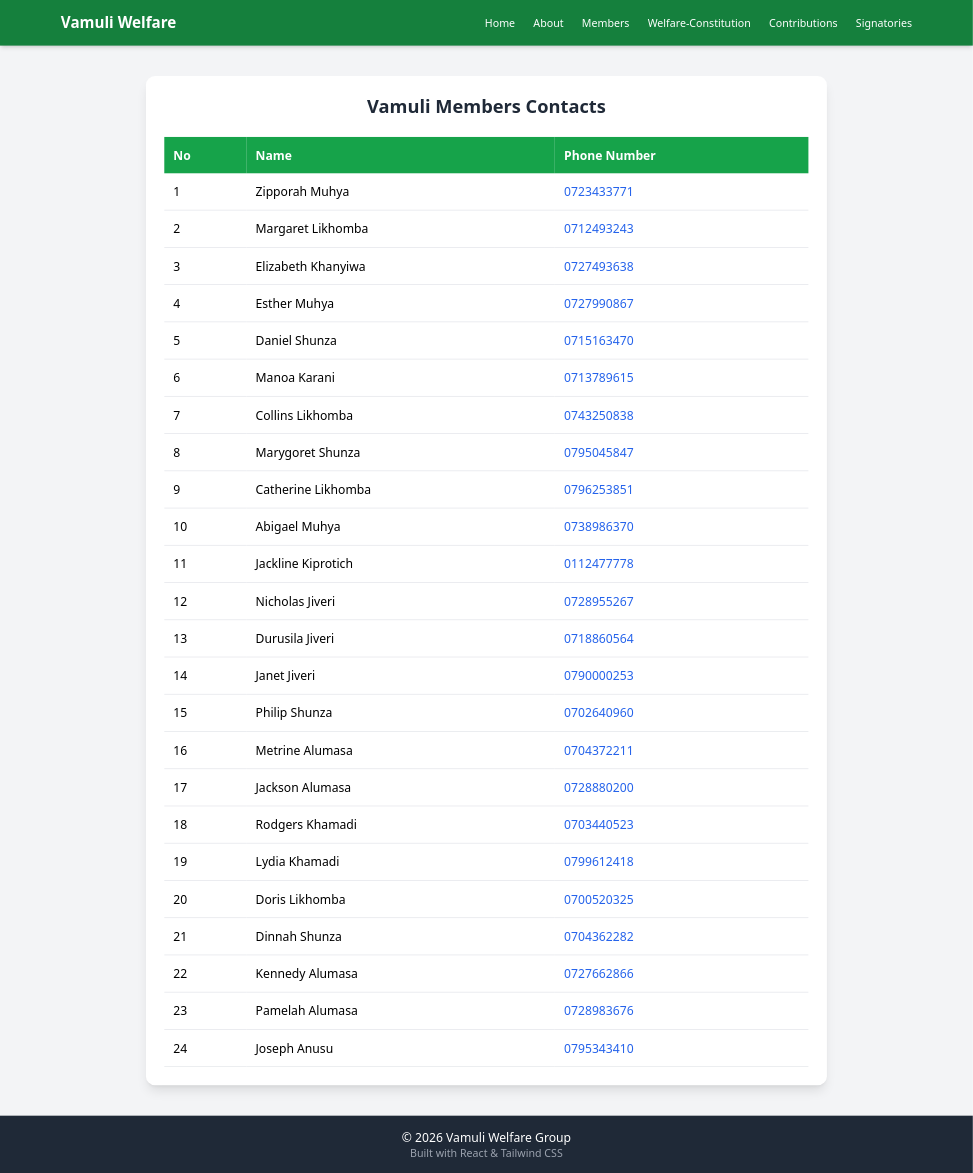
Repository: Engineer-collo/Vamuli-welfare
Page: /members
An editor plug-in stored every save of this project. The page is shown before and after a run of saves, followed by the edit.
The browser window is 1280 px wide. The pictures show the whole page, at 76% of full size.
The project was rebuilt for these pictures with package versions that can differ from the ones it lists, and the page was loaded fresh each time. Also part of the build but not shown: vite.config.js, src/pages/contributionsData.js, src/pages/Home.jsx, src/pages/ContributionsTable.jsx, src/pages/WelfareConstituion.jsx, src/pages/About.jsx, src/pages/Signatories.jsx.

Above is the page before, as saved 2026-04-02 15:24:38.

After the next 2 saves:
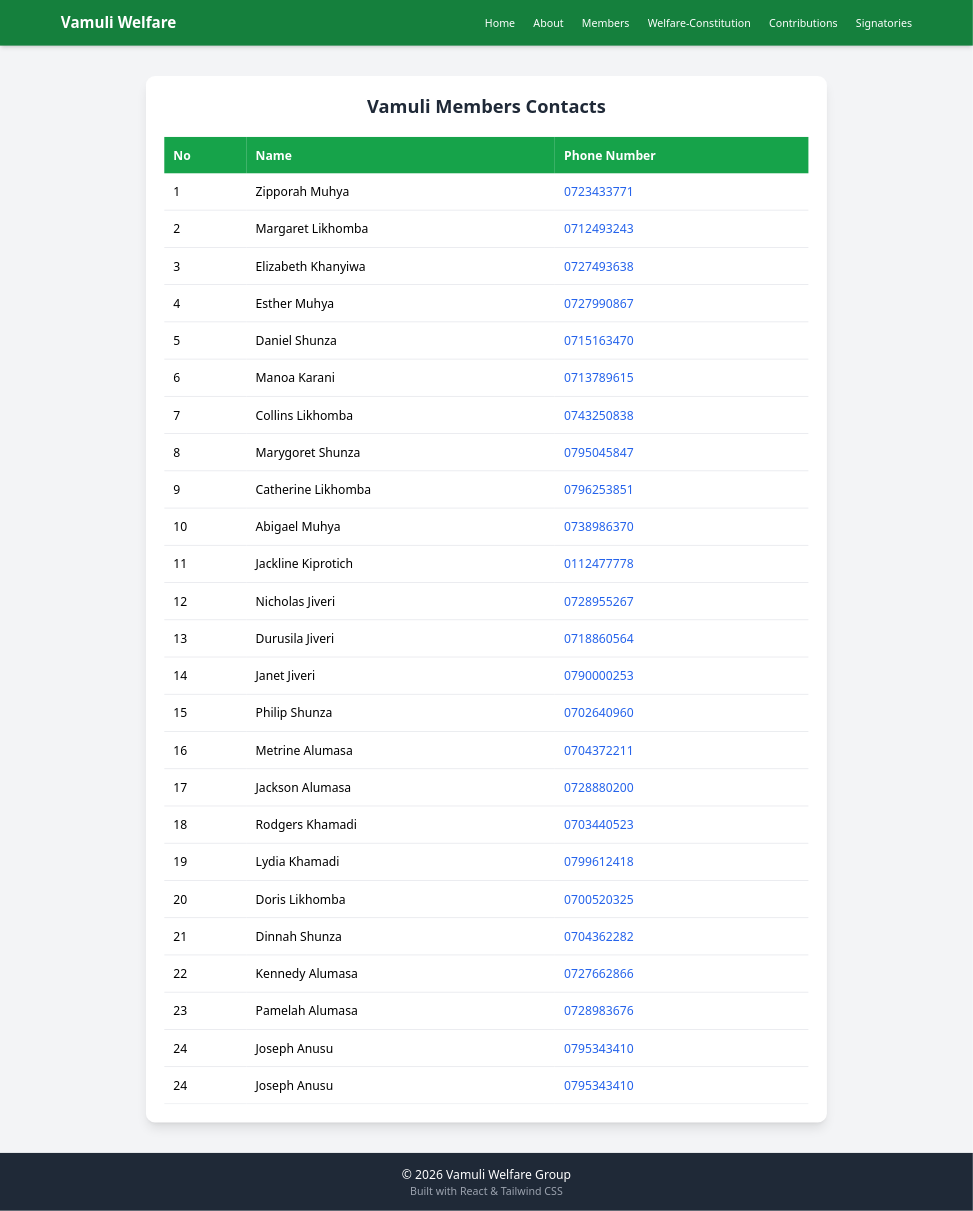
The 2 saves are shown as one change because they came seconds apart.
The last was saved 3 min 38 s later.
--- a/src/pages/Members.jsx
+++ b/src/pages/Members.jsx
@@ -25,6 +25,8 @@ const members = [
   { id: 22, name: "Kennedy Alumasa", phone: "0727662866" },
   { id: 23, name: "Pamelah Alumasa", phone: "0728983676" },
   { id: 24, name: "Joseph Anusu", phone: "0795343410" },
+  { id: 24, name: "Joseph Anusu", phone: "0795343410" },
+
 ];
 
 function VamuliContacts() {
